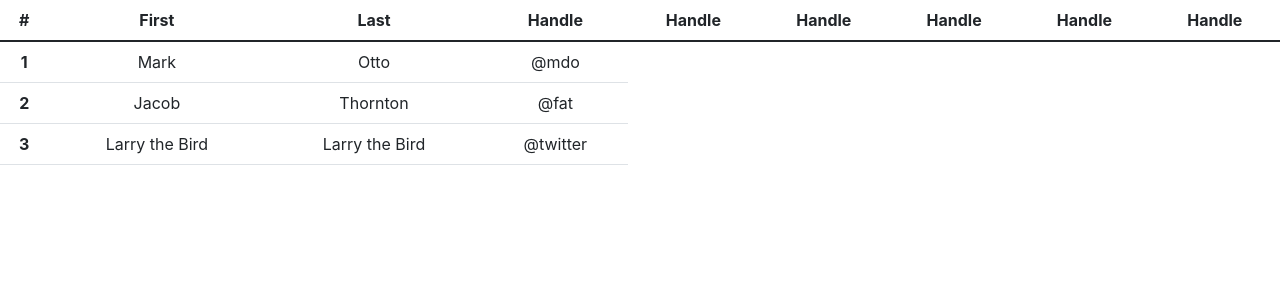
Repository: tuan842001/thulam
Page: /
The author's editor kept a copy of each file at every save. The page is drawn from the files as they stood at one save, then again after the next save.
The browser window is 1280 px wide. The pictures show the whole page.
The project was rebuilt for these pictures with package versions that can differ from the ones it lists, and the page was loaded fresh each time.

Above is the page before, as saved 2022-01-11 14:34:43.

### public/index.html
<!DOCTYPE html>
<html lang="en">
  <head>
    <meta charset="utf-8" />
    <link rel="icon" href="%PUBLIC_URL%/favicon.ico" />
    <meta name="viewport" content="width=device-width, initial-scale=1" />
    <meta name="theme-color" content="#000000" />
    <meta
      name="description"
      content="Web site created using create-react-app"
    />

    <link href="https://cdn.jsdelivr.net/npm/bootstrap@5.1.3/dist/css/bootstrap.min.css" rel="stylesheet" integrity="sha384-1BmE4kWBq78iYhFldvKuhfTAU6auU8tT94WrHftjDbrCEXSU1oBoqyl2QvZ6jIW3" crossorigin="anonymous">
<script src="https://cdn.jsdelivr.net/npm/bootstrap@5.1.3/dist/js/bootstrap.bundle.min.js" integrity="sha384-ka7Sk0Gln4gmtz2MlQnikT1wXgYsOg+OMhuP+IlRH9sENBO0LRn5q+8nbTov4+1p" crossorigin="anonymous"></script>
    <title>React App</title>
  </head>
  <body>
    <noscript>You need to enable JavaScript to run this app.</noscript>
    <div id="root"></div>

  </body>
</html>

### src/App.js
import "./App.css";

function App() {
  return (
    <div className="App">
      <table class="table">
        <thead>
          <tr>
            <th scope="col">#</th>
            <th scope="col">First</th>
            <th scope="col">Last</th>
            <th scope="col">Handle</th>
            <th scope="col">Handle</th>
            <th scope="col">Handle</th>
            <th scope="col">Handle</th>
            <th scope="col">Handle</th>
            <th scope="col">Handle</th>
          </tr>
        </thead>
        <tbody>
          <tr>
            <th scope="row">1</th>
            <td>Mark</td>
            <td>Otto</td>
            <td>@mdo</td>
          </tr>
          <tr>
            <th scope="row">2</th>
            <td>Jacob</td>
            <td>Thornton</td>
            <td>@fat</td>
          </tr>
          <tr>
            <th scope="row">3</th>
            <td>Larry the Bird</td>
            <td>Larry the Bird</td>
            <td>@twitter</td>
          </tr>
        </tbody>
      </table>
    </div>
  );
}

export default App;

Loaded but not shown: src/index.js (common file); src/index.css (common file); src/App.css (common file)

After the next save:
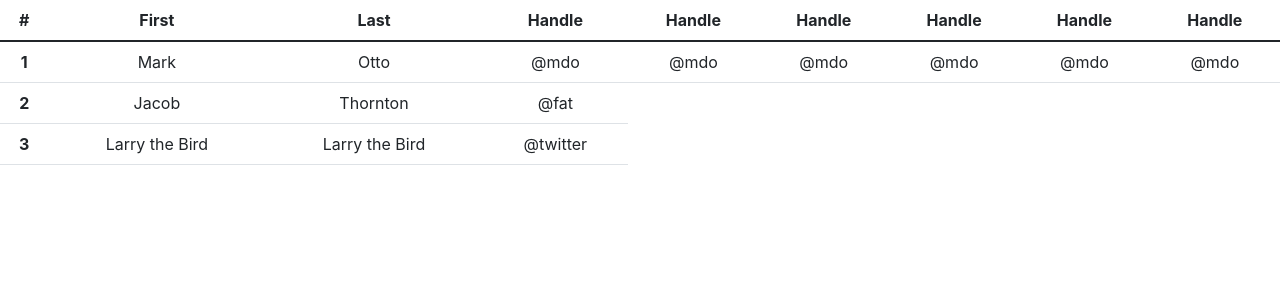
Saved 10 s later.
--- a/src/App.js
+++ b/src/App.js
@@ -23,6 +23,11 @@ function App() {
             <td>Mark</td>
             <td>Otto</td>
             <td>@mdo</td>
+            <td>@mdo</td>
+            <td>@mdo</td>
+            <td>@mdo</td>
+            <td>@mdo</td>
+            <td>@mdo</td>
           </tr>
           <tr>
             <th scope="row">2</th>
